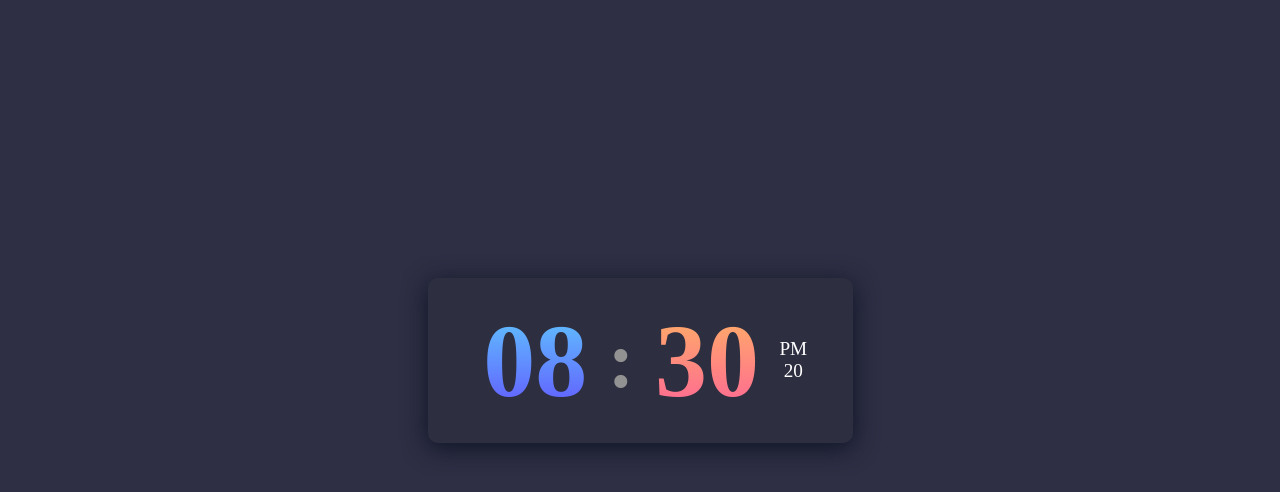
Repository: QUANGTHAI2003/digital-clock
Page: index.html
The author's editor kept a copy of each file at every save. The page is drawn from the files as they stood at one save, then again after a run of saves.
The browser window is 1280 px wide. The pictures show the whole page.

Above is the page before, as saved 2022-03-26 20:01:01.

After the next 2 saves:
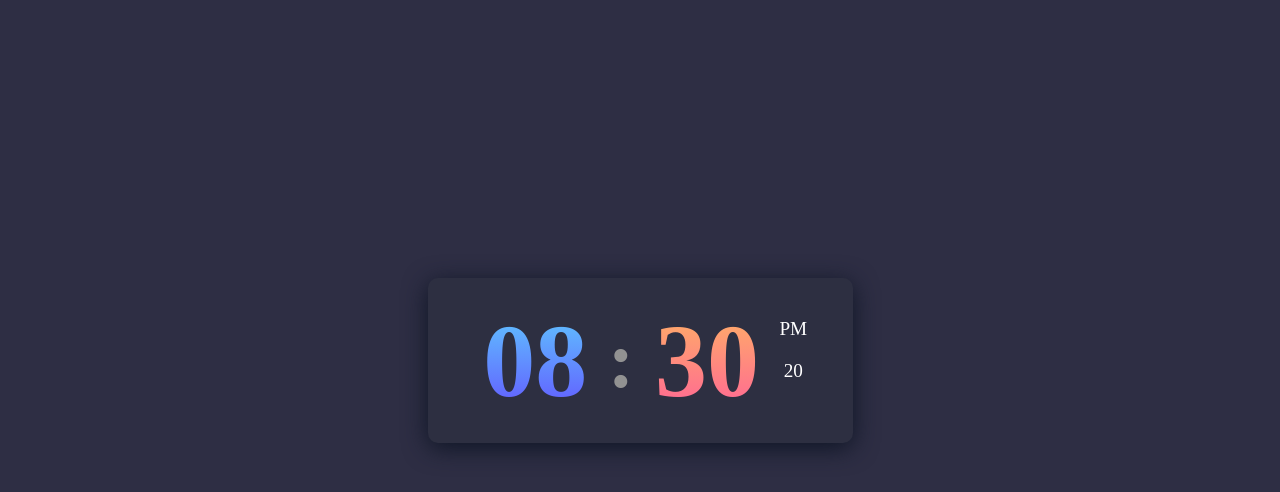
The 2 saves are shown as one change because they came seconds apart.
The last was saved 25 s later.
--- a/style.css
+++ b/style.css
@@ -83,3 +83,7 @@ body {
     font-size: 1.2em;
     font-weight: 500;
 }
+
+.period {
+    transform: translateY(-20px);
+}
